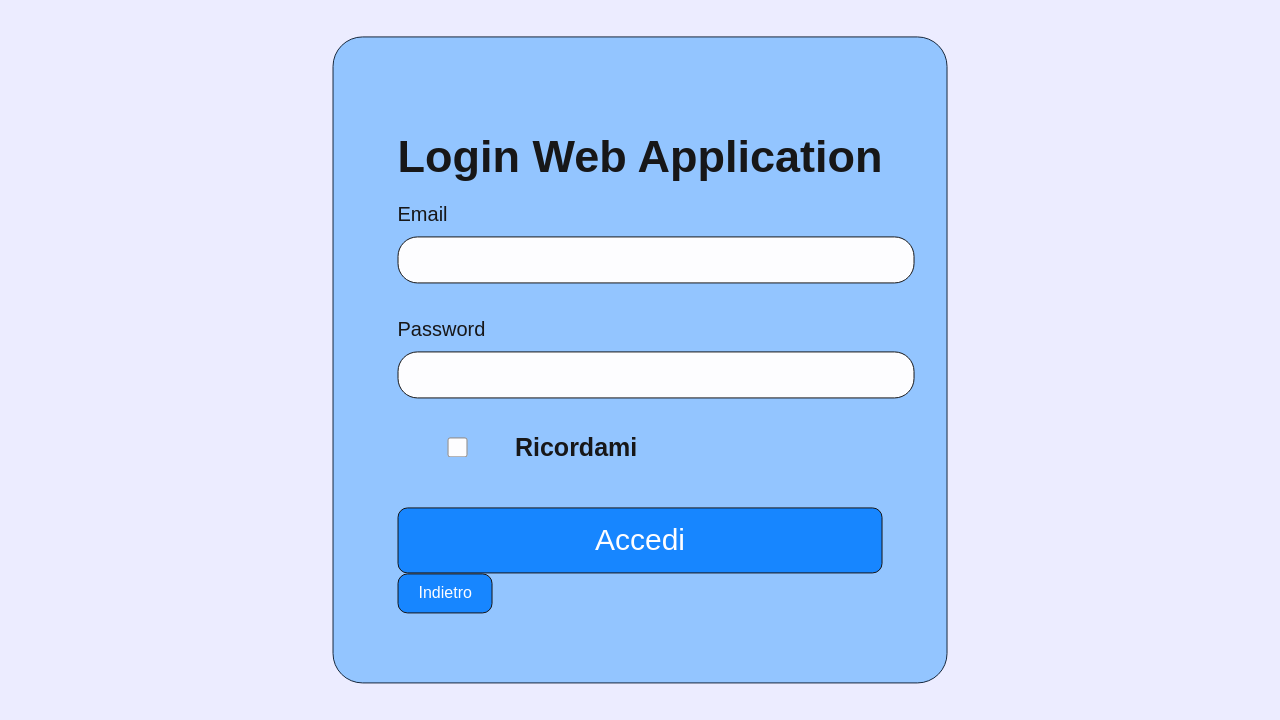
Repository: GabrielCellammare/WebApplication-SA-CyberSecurity
Page: http://localhost/WebProject-CellammareGabriel_ApplicationSecurity_/login.jsp
An editor plug-in stored every save of this project. The page is shown before and after the next save, followed by the edit.
The browser window is 1280 px wide. The pictures show the whole page.
The page is served by Tomcat 9. Nobody is signed in. The application's start-up code is not run. Other server files are loaded and not shown.

Above is the page before, as saved 2024-03-09 07:48:00.

### WebProject-CellammareGabriel(ApplicationSecurity)/WebContent/login.jsp
<%@ page language="java" contentType="text/html; charset=UTF-8"
    pageEncoding="UTF-8"%>
<!DOCTYPE html>
<html>
    <head>
        <title>Login Web Application</title>
        <style>
         	<%@include file="/WEB-INF/css/styleLogin.css"%>
         </style>
    </head>
    <body>
        <div class="container">
            <h1>Login Web Application</h1>
            <form action="login.do" method="post">
                <div class="field">
                    <label for="email">Email</label>
                    <input type="email" name="email" id="email" required>
                </div>
                <div class="field">
                    <label for="password">Password</label>
                    <input type="password" name="password" id="password" required>
                </div>
                <div class="field">
                    <input type="checkbox" name="remember" id="remember">
                    <label for="remember">Ricordami</label>
                </div>
                <input type="submit" value="Accedi">
                <a href="index.jsp" class="btn">Indietro</a>
            </form>
        </div>
    </body>
</html>

### WebProject-CellammareGabriel(ApplicationSecurity)/WebContent/WEB-INF/css/styleLogin.css
body {
	font-family: sans-serif;
	background-color: #ececff;
}

.btn-secondary {
  background-color: #6c757d;
}

.container {
	margin: 0 auto;
	max-width: 80vw;
  	padding: 5vw;;
	background-color: #8ac1ff;
	opacity: 0.9;
	border-radius: 30px;
	border: 1px solid #001328;
	position: absolute;
	top: 50%;
	left: 50%;
	transform: translate(-50%, -50%);
}

h1 {
	text-align: center;
	font-size: 45px;
	font-weight: bold;
	margin-bottom: 20px;
}

p {
	text-align: center;
	font-size: 30px;
	margin-bottom: 20px;
}

.field {
	margin-bottom: 35px;
}

label {
	display: block;
	margin-bottom: 10px;
	font-size: 20px;

}

label[for="remember"]{
	display:inline-block;
	vertical-align:middle;
	font-weight: bold;
	font-size:25px;

}

input {
	width: 100%;
	padding: 15px;
	border: 1px solid black;
	border-radius: 20px;
}

input[type="checkbox"] {
  width: 100px;
  height: 20px;
  margin-left: 10px;
}

.remember-checkbox {
  float: none;
  display: inline-block;
  margin-left: 5px;


}

.btn {
  display: inline-block;
  padding: 10px 20px;
  margin-top: 10 px;
  margin-bottom: 5px;
  background-color: #007bff;
  color: #fff;
  border: 1px solid black;
  border-radius: 10px;
  cursor: pointer;
  text-decoration:none;
}

input[type="submit"] {
	background-color: #007bff;
	color: #fff;
	border: 1px solid black;
	border-radius: 10px;
	cursor: pointer;
	font-size: 30px;
}

After the next save:
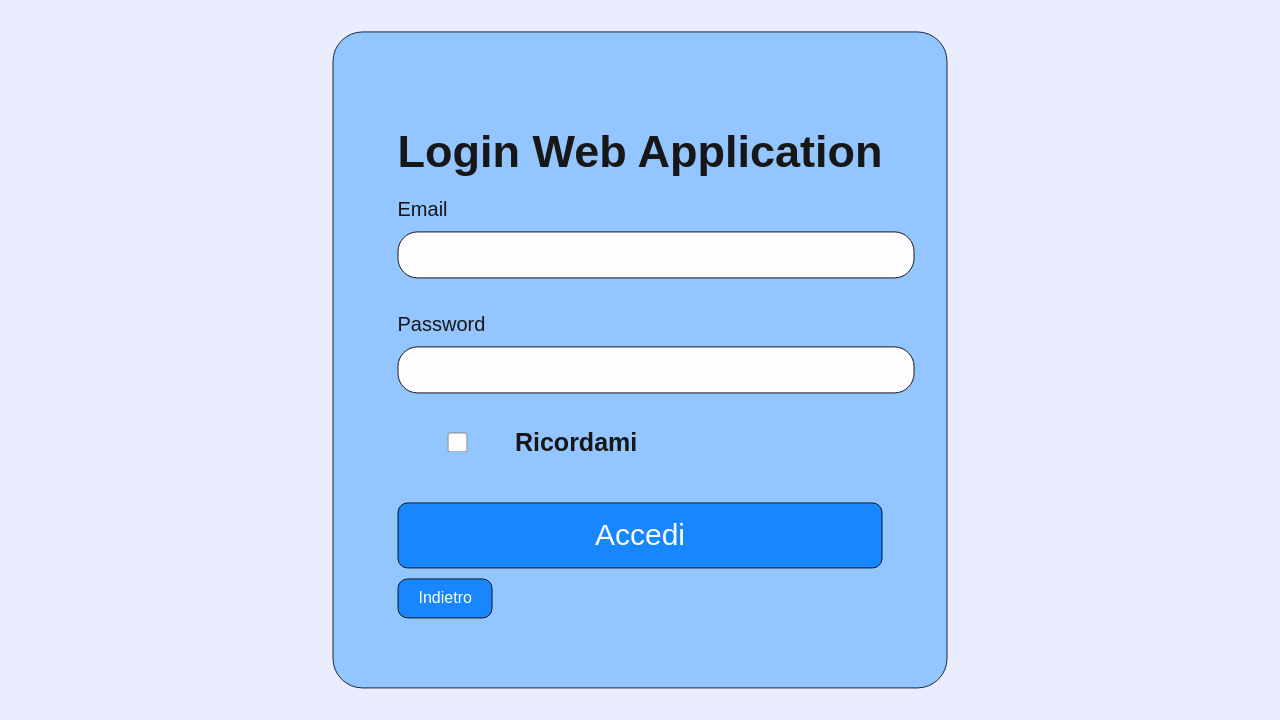
Saved 16 s later.
--- a/WebProject-CellammareGabriel(ApplicationSecurity)/WebContent/WEB-INF/css/styleLogin.css
+++ b/WebProject-CellammareGabriel(ApplicationSecurity)/WebContent/WEB-INF/css/styleLogin.css
@@ -77,7 +77,7 @@ input[type="checkbox"] {
 .btn {
   display: inline-block;
   padding: 10px 20px;
-  margin-top: 10 px;
+  margin-top: 10px;
   margin-bottom: 5px;
   background-color: #007bff;
   color: #fff;
